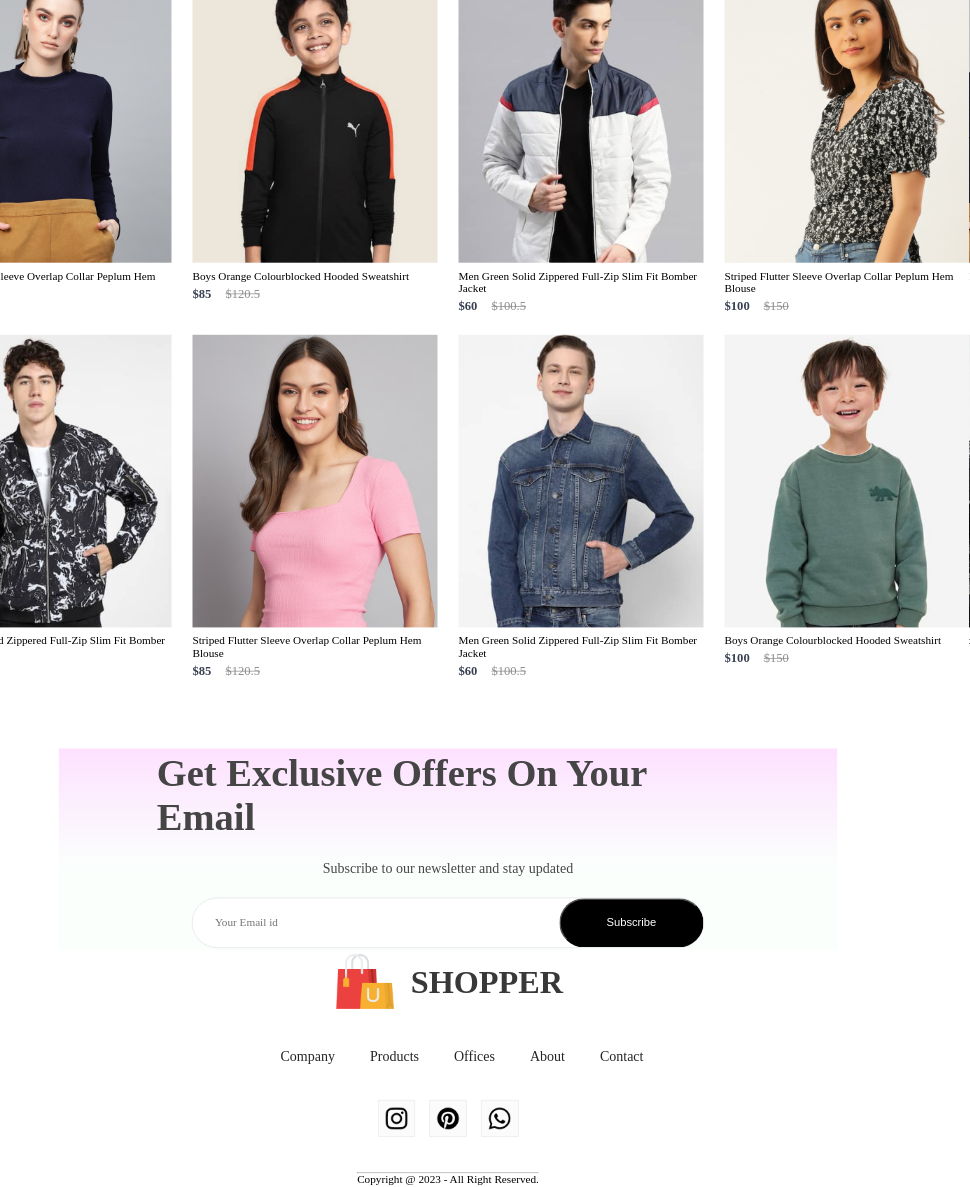
Repository: Nandhini653/SHOPPER-ECOM
Page: /
An editor plug-in stored every save of this project. The page is shown before and after the next save, followed by the edit.
The browser window is 1280 px wide. The page is 1385 px wide, so the pictures cover 1385 px, including what lies to the right of the window. The pictures show the part of the page from y = 2225 to 3985 px (the page is 3920 px tall before and 3985 px after), at 70% of full size.
The project was rebuilt for these pictures with package versions that can differ from the ones it lists, and the page was loaded fresh each time. Also part of the build but not shown: src/App.css, src/Pages/ShopCategory.jsx, src/Pages/Cart.jsx, src/Pages/LoginSignup.jsx, src/Pages/Product.jsx.

Above is the page before, as saved 2024-06-22 18:40:37.

After the next save:
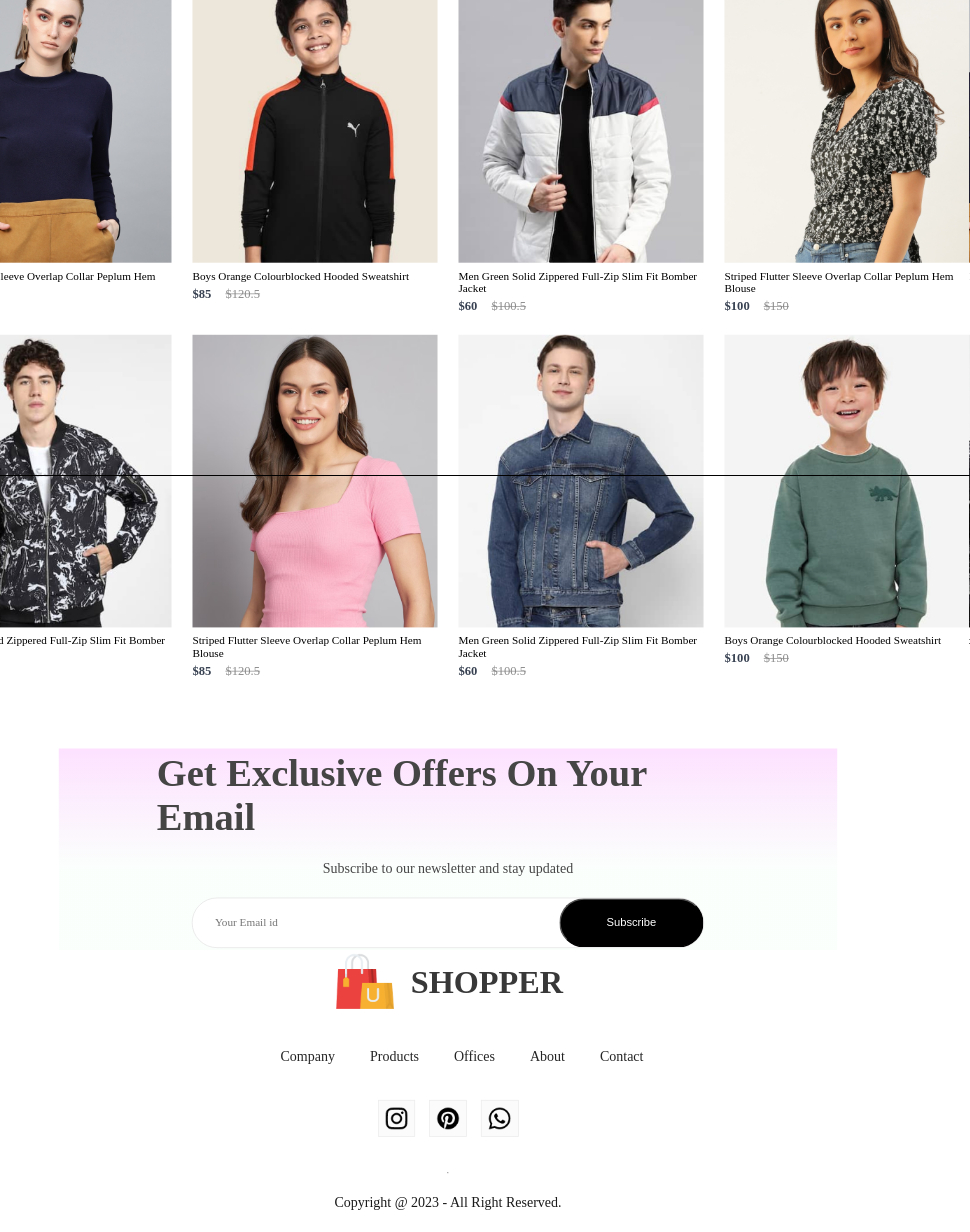
Saved 15 s later.
--- a/src/Components/Footer/Footer.jsx
+++ b/src/Components/Footer/Footer.jsx
@@ -30,7 +30,7 @@ const Footer = () => {
                     <img src={whatsapp_icon} alt="" />
                 </div>
             </div>
-             <div className="footer-copy-right">
+             <div className="footer-copyright">
                 <hr/>
                 <p> Copyright @ 2023 - All Right Reserved.</p>
              </div>
